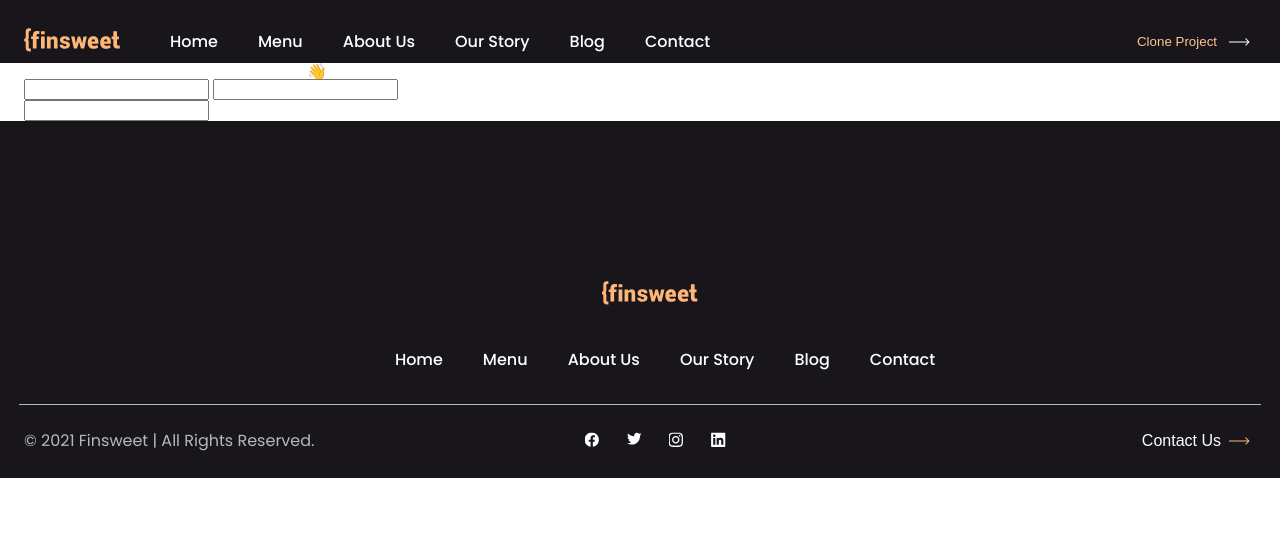
Repository: Minns-Cao/project-finsweet
Page: contact.html
The author's editor kept a copy of each file at every save. The page is drawn from the files as they stood at one save, then again after a run of saves.
The browser window is 1280 px wide. The pictures show the whole page.
Some web fonts or font styles are not loaded; a fallback is used.

Above is the page before, as saved 2023-05-05 13:44:32.

### contact.html
<!DOCTYPE html>
<html lang="en">
    <head>
        <meta charset="UTF-8" />
        <meta http-equiv="X-UA-Compatible" content="IE=edge" />
        <meta name="viewport" content="width=device-width, initial-scale=1.0" />
        <title>Finsweet</title>
        <!-- Reset CSS -->
        <link rel="stylesheet" href="./assets/css/reset.css" />
        <!-- Style -->
        <link rel="stylesheet" href="./assets/css/style.css" />
        <link rel="stylesheet" href="./assets/css/style_contact.css" />
        <!-- Fonts -->
        <link rel="preconnect" href="https://fonts.googleapis.com" />
        <link rel="preconnect" href="https://fonts.gstatic.com" crossorigin />
        <link
            href="https://fonts.googleapis.com/css2?family=Playfair+Display:ital,wght@0,400;0,500;0,600;0,700;0,800;0,900;1,400;1,500;1,600;1,700;1,800;1,900&family=Poppins:ital,wght@0,300;0,400;0,500;0,600;1,300;1,400;1,500;1,600&display=swap"
            rel="stylesheet"
        />
    </head>
    <body>
        <!-- ========================================Contact Page================================================ -->
        <!-- Header -->
        <header class="fixed header">
            <div class="main-content">
                <div class="body">
                    <!-- Logo -->
                    <a href="./index.html"
                        ><img
                            src="./assets/img/Logo.svg"
                            alt="logo"
                            class="logo"
                    /></a>
                    <!-- Navigation -->
                    <div class="nav">
                        <ul>
                            <li>
                                <a href="./index.html">Home</a>
                            </li>
                            <li>
                                <a href="./menu.html">Menu</a>
                            </li>
                            <li>
                                <a href="./aboutUs.html">About Us</a>
                            </li>
                            <li>
                                <a href="./ourStory.html">Our Story</a>
                            </li>
                            <li>
                                <a href="./blog.html">Blog</a>
                            </li>
                            <li>
                                <a href="./contact.html">Contact</a>
                            </li>
                        </ul>
                    </div>
                    <!-- Action -->
                    <button class="action">
                        <span class="label">Clone Project</span>
                        <img
                            src="./assets/img/arrow-to-right.svg"
                            alt="arrow-to-right"
                            class="arrow-to-right"
                        />
                    </button>

                    <!-- Navigation Mobile -->
                    <label for="nav-mb-checkbox" class="nav-mb-btn">
                        <svg
                            xmlns="http://www.w3.org/2000/svg"
                            viewBox="0 0 448 512"
                            width="32"
                            height="32"
                        >
                            <path
                                d="M0 96C0 78.3 14.3 64 32 64H416c17.7 0 32 14.3 32 32s-14.3 32-32 32H32C14.3 128 0 113.7 0 96zM0 256c0-17.7 14.3-32 32-32H416c17.7 0 32 14.3 32 32s-14.3 32-32 32H32c-17.7 0-32-14.3-32-32zM448 416c0 17.7-14.3 32-32 32H32c-17.7 0-32-14.3-32-32s14.3-32 32-32H416c17.7 0 32 14.3 32 32z "
                                fill="#FFB577"
                            />
                        </svg>
                    </label>

                    <input
                        class="nav-input"
                        type="checkbox"
                        name="nav-mb-checkbox"
                        id="nav-mb-checkbox"
                    />

                    <label for="nav-mb-checkbox" class="nav_overlay"></label>

                    <div class="nav-mb">
                        <div class="exit-bar">
                            <!-- Logo -->
                            <a href="./index.html"
                                ><img
                                    src="./assets/img/Logo.svg"
                                    alt="logo"
                                    class="logo"
                            /></a>
                            <!-- exit button -->
                            <label for="nav-mb-checkbox">
                                <svg
                                    xmlns="http://www.w3.org/2000/svg"
                                    viewBox="0 0 512 512"
                                    width="32"
                                    height="32"
                                    class="exit-btn"
                                >
                                    <path
                                        d="M256 512A256 256 0 1 0 256 0a256 256 0 1 0 0 512zM175 175c9.4-9.4 24.6-9.4 33.9 0l47 47 47-47c9.4-9.4 24.6-9.4 33.9 0s9.4 24.6 0 33.9l-47 47 47 47c9.4 9.4 9.4 24.6 0 33.9s-24.6 9.4-33.9 0l-47-47-47 47c-9.4 9.4-24.6 9.4-33.9 0s-9.4-24.6 0-33.9l47-47-47-47c-9.4-9.4-9.4-24.6 0-33.9z"
                                        fill="#FFB577"
                                    />
                                </svg>
                            </label>
                        </div>
                        <ul>
                            <li>
                                <a href="./index.html">Home</a>
                            </li>
                            <li>
                                <a href="./menu.html">Menu</a>
                            </li>
                            <li>
                                <a href="./aboutUs.html">About Us</a>
                            </li>
                            <li>
                                <a href="./ourStory.html">Our Story</a>
                            </li>
                            <li>
                                <a href="./blog.html">Blog</a>
                            </li>
                            <li>
                                <a href="./contact.html">Contact</a>
                            </li>
                        </ul>
                    </div>
                </div>
            </div>
        </header>
        <!-- Main -->
        <main>
            <!-- contactUs -->
            <div class="contact-us">
                <div class="main-content">
                    <div class="left-column">
                        <h2 class="heading">Have a Question ?
                            Get in Touch with us 👋</h2>
                        <p class="desc"></p>
                        <div class="input">
                            <div class="input-info">
                                <input type="text" class="inp-name" />
                                <input type="text" class="inp-email" />
                            </div>
                            <input type="text" class="inp-msg">
                        </div>
                    </div>
                    <div class="right-column"></div>
                </div>
            </div>
        </main>
        <!-- Footer -->
        <footer class="footer">
            <div class="main-content">
                <div class="body">
                    <!-- Logo -->
                    <a href="#"
                        ><img
                            src="./assets/img/Logo.svg"
                            alt="logo"
                            class="logo"
                    /></a>
                    <!-- Navigation -->
                    <div class="nav">
                        <ul>
                            <li>
                                <a href="./index.html">Home</a>
                            </li>
                            <li>
                                <a href="#">Menu</a>
                            </li>
                            <li>
                                <a href="./aboutUs.html">About Us</a>
                            </li>
                            <li>
                                <a href="./ourStory.html">Our Story</a>
                            </li>
                            <li>
                                <a href="./blog.html">Blog</a>
                            </li>
                            <li>
                                <a href="./contact.html">Contact</a>
                            </li>
                        </ul>
                    </div>
                    <!-- Contact-Footer -->
                    <div class="contact-footer">
                        <!-- Copyright -->
                        <div class="container">
                            <p class="copyright">
                                © 2021 Finsweet | All rights reserved.
                            </p>
                        </div>
                        <!-- Socials -->
                        <div class="socials-list">
                            <div class="social">
                                <img
                                    src="./assets/img/icon/icon_facebook.svg"
                                    alt="icon_facebook"
                                />
                            </div>
                            <div class="social">
                                <img
                                    src="./assets/img/icon/icon_twitter.svg"
                                    alt="icon_twitter"
                                />
                            </div>
                            <div class="social">
                                <img
                                    src="./assets/img/icon/icon_instagram.svg"
                                    alt="icon_instagram"
                                />
                            </div>
                            <div class="social">
                                <img
                                    src="./assets/img/icon/icon_linkin.svg"
                                    alt="icon_linkin"
                                />
                            </div>
                        </div>
                        <!-- action -->
                        <button
                            class="action"
                            onclick="window.location.href='./contact.html'"
                        >
                            <span class="label-med">Contact Us</span>
                            <svg
                                width="21"
                                height="8"
                                viewBox="0 0 21 8"
                                fill="none"
                                xmlns="http://www.w3.org/2000/svg"
                            >
                                <path
                                    d="M20.3536 4.35355C20.5488 4.15829 20.5488 3.84171 20.3536 3.64645L17.1716 0.464466C16.9763 0.269204 16.6597 0.269204 16.4645 0.464466C16.2692 0.659728 16.2692 0.976311 16.4645 1.17157L19.2929 4L16.4645 6.82843C16.2692 7.02369 16.2692 7.34027 16.4645 7.53553C16.6597 7.7308 16.9763 7.7308 17.1716 7.53553L20.3536 4.35355ZM0 4.5L20 4.5V3.5L0 3.5L0 4.5Z"
                                    fill="#FFB577"
                                />
                            </svg>
                        </button>
                    </div>
                </div>
            </div>
        </footer>
    </body>
</html>

### assets/css/style.css
* {
    box-sizing: border-box;
}

:root {
    --primary-color: #ffb577;
    --background-color: #19161b;
    --font-heading: Playfair Display, "serif";
}

html,
body {
    scroll-behavior: smooth;
}

html {
    font-size: 62.5%;
}

body {
    font-size: 1.6rem;
    font-family: "Poppins", sans-serif;
}

/* ================common=================*/
.main-content {
    width: 1280px;
    max-width: calc(100% - 48px);
    margin-left: auto;
    margin-right: auto;
}

a {
    text-decoration: none;
}

.btn {
    border: none;
    background: #ffb577;
    padding: 12px 24px;
}

.label-med {
    margin-right: 8px;
    font-weight: 500;
    font-size: 1.6rem;
    line-height: 1.5;
    color: #2e2d33;
}

.label-extransmall {
    font-weight: 500;
    font-size: 1.2rem;
    line-height: 1.33;
    color: #ffffff;
}

.heading {
    font-family: var(--font-heading);
    font-style: normal;
    color: #ffffff;
}

.lv1 {
    font-weight: 700;
    font-size: 5.6rem;
    line-height: 1.21;
}

.lv2 {
    font-weight: 700;
    font-size: 4.8rem;
    line-height: 1.21;
}

.lv3 {
    font-weight: 700;
    font-size: 3.3rem;
    line-height: 1.5;
}

.lv4 {
    font-weight: 700;
    font-size: 2rem;
    line-height: 1.5;
}

.lv5 {
    font-weight: 700;
    font-size: 1.4rem;
    line-height: 1.5;
}

.desc {
    font-weight: 400;
    font-size: 1.6rem;
    line-height: 1.75;
    color: #b8b8b8;
}

.caption {
    position: relative;
    display: inline-block;
    font-family: var(--font-heading);
    font-weight: 400;
    font-size: 1.6rem;
    line-height: 1.5;
    color: #ffb577;
}

.caption::after {
    position: absolute;
    content: "";
    display: block;
    width: 48px;
    border: 0.5px solid #ffffff;
    top: 50%;
    right: calc(-48px - 16px);
}

/* ================Header=================*/
.fixed {
    position: sticky;
    top: -20px;
    z-index: 1;
}

.header {
    background-color: var(--background-color);
}

.header .body {
    display: flex;
    align-items: center;
    padding: 28px 0px 8px;
}

.nav ul {
    display: flex;
    gap: 40px;
    margin-left: 50px;
}

.nav li a {
    font-weight: 500;
    font-size: 1.6rem;
    line-height: 1.5;
    color: #ffffff;
}

.header .action {
    display: flex;
    justify-content: center;
    align-items: center;
    margin-left: auto;
    border: none;
    background-color: var(--background-color);
}

.header .action .label {
    margin-right: 12px;
    color: #ffc492;
}

.header .nav-mb-btn {
    display: none;
}

.header .nav-mb {
    position: fixed;
    background-color: var(--background-color);
    top: 0;
    right: 0;
    width: 320px;
    max-width: 100%;
    height: 100vh;
    z-index: 1;
    padding: 26px;
    transform: translateX(100%);
    transition: transform ease-in 0.2s;
}

.nav_overlay {
    display: none;
    position: fixed;
    top: 0;
    right: 0;
    left: 0;
    bottom: 0;
    background-color: rgba(0, 0, 0, 0.5);
    animation: fadeIn linear 0.5s;
}

.nav-input {
    display: none;
}

/* ================Footer=================*/

.footer {
    background-color: var(--background-color);
    padding-top: 160px;
    padding-bottom: 24px;
}

.footer .logo {
    display: block;
    margin-left: auto;
    margin-right: auto;
    transform: translateX(+10%);
}

.footer .nav {
    position: relative;
    display: flex;
    justify-content: center;
    align-items: center;

    margin-top: 43px;
}

.footer .nav::after {
    position: absolute;
    content: "";
    display: block;
    width: 97vw;
    height: 0.5px;
    background-color: #fff;
    bottom: -32px;
    opacity: 0.7;
}

.contact-footer {
    display: flex;
    justify-content: space-between;
    align-items: center;
    margin-top: 56px;
}

.contact-footer .copyright {
    font-weight: 400;
    font-size: 1.6rem;
    line-height: 1.5;
    text-transform: capitalize;
    color: #b8b8b8;
}

.contact-footer .socials-list {
    display: flex;
    gap: 27px;
    transform: translateX(-50%);
}

.contact-footer .action {
    display: flex;
    justify-content: center;
    align-items: center;
    border: none;
    background-color: var(--background-color);
}

.contact-footer .action .label-med {
    color: #ffffff;
}

/* ==================Responsive==================== */

@media (max-width: 768px) {
    /* Responsive Header */
    .header .nav,
    .header .action {
        display: none;
    }

    .header .nav-mb-btn {
        display: block;
        margin-left: auto;
    }

    .nav-input:checked ~ .nav_overlay {
        display: block;
    }

    .nav-input:checked ~ .nav-mb {
        transform: translateX(0);
    }

    .nav-mb .exit-bar {
        position: relative;
        display: flex;
        justify-content: space-between;
        align-items: center;
        margin-bottom: 40px;
    }

    .nav-mb .exit-bar::after {
        position: absolute;
        content: "";
        bottom: -20px;
        width: 100%;
        border: 0.5px solid #fff;
    }

    .nav-mb ul {
        display: flex;
        flex-direction: column;
        justify-content: center;
        align-items: center;
        gap: 40px;
    }

    .nav-mb li a {
        font-weight: 500;
        font-size: 1.6rem;
        line-height: 1.5;
        color: #ffffff;
    }

    /* ==================Responsive-Footer================== */
    .footer .logo {
        display: none;
    }

    .footer .nav ul {
        flex-direction: column;
        justify-content: center;
        align-items: center;
        margin-left: 0;
    }

    .contact-footer {
        flex-direction: column-reverse;
        justify-content: center;
        align-items: center;
        gap: 10px;
    }

    .contact-footer .socials-list {
        justify-content: center;
        align-items: center;
        transform: translateX(0);
    }

    /* ================Responsive-Contact=================*/

    .contact .body {
        flex-direction: column;
    }

    .contact .body .img-map {
        width: 100%;
        object-fit: cover;
    }
}

@media (max-width: 430px) {
    /* ================Moblie-Responsive-Contact=================*/
    .contact .container {
        padding: 20px !important;
    }
}

@keyframes fadeIn {
    from {
        opacity: 0;
    }
    to {
        opacity: 1;
    }
}

Loaded but not shown: assets/css/reset.css (common file); assets/css/style_contact.css (no stored copy; drawn as an empty file)

After the next 5 saves:
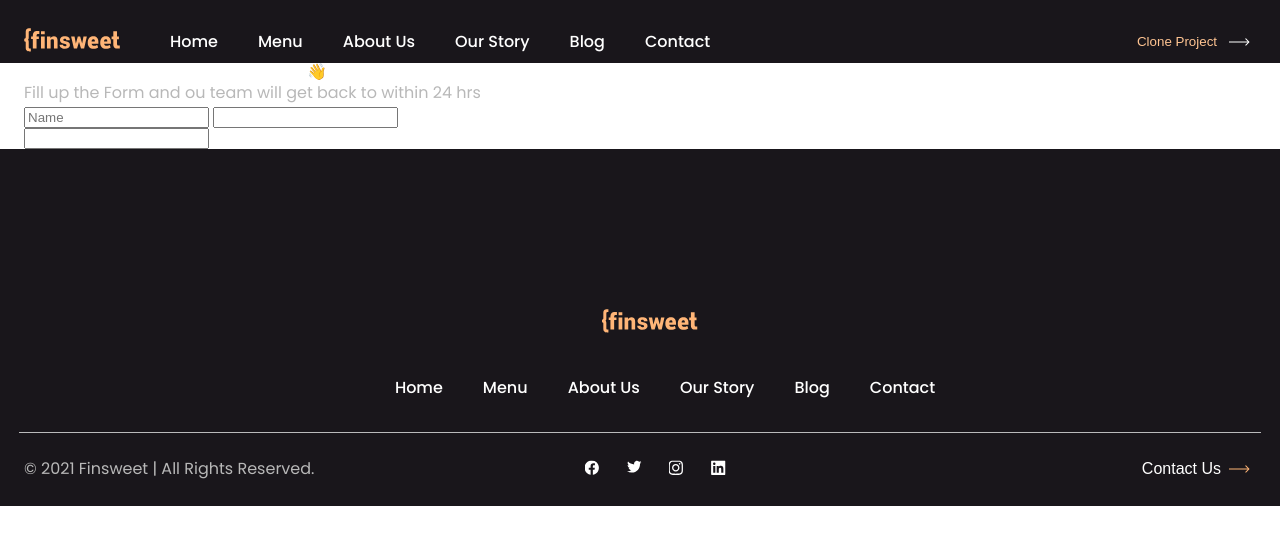
The 5 saves are shown as one change because they came seconds apart.
The last was saved 15 s later.
--- a/contact.html
+++ b/contact.html
@@ -145,10 +145,10 @@
                     <div class="left-column">
                         <h2 class="heading">Have a Question ?
                             Get in Touch with us 👋</h2>
-                        <p class="desc"></p>
+                        <p class="desc">Fill up the Form  and ou team will get back to within 24 hrs</p>
                         <div class="input">
                             <div class="input-info">
-                                <input type="text" class="inp-name" />
+                                <input type="text" class="inp-name" placeholder="Name"/>
                                 <input type="text" class="inp-email" />
                             </div>
                             <input type="text" class="inp-msg">
